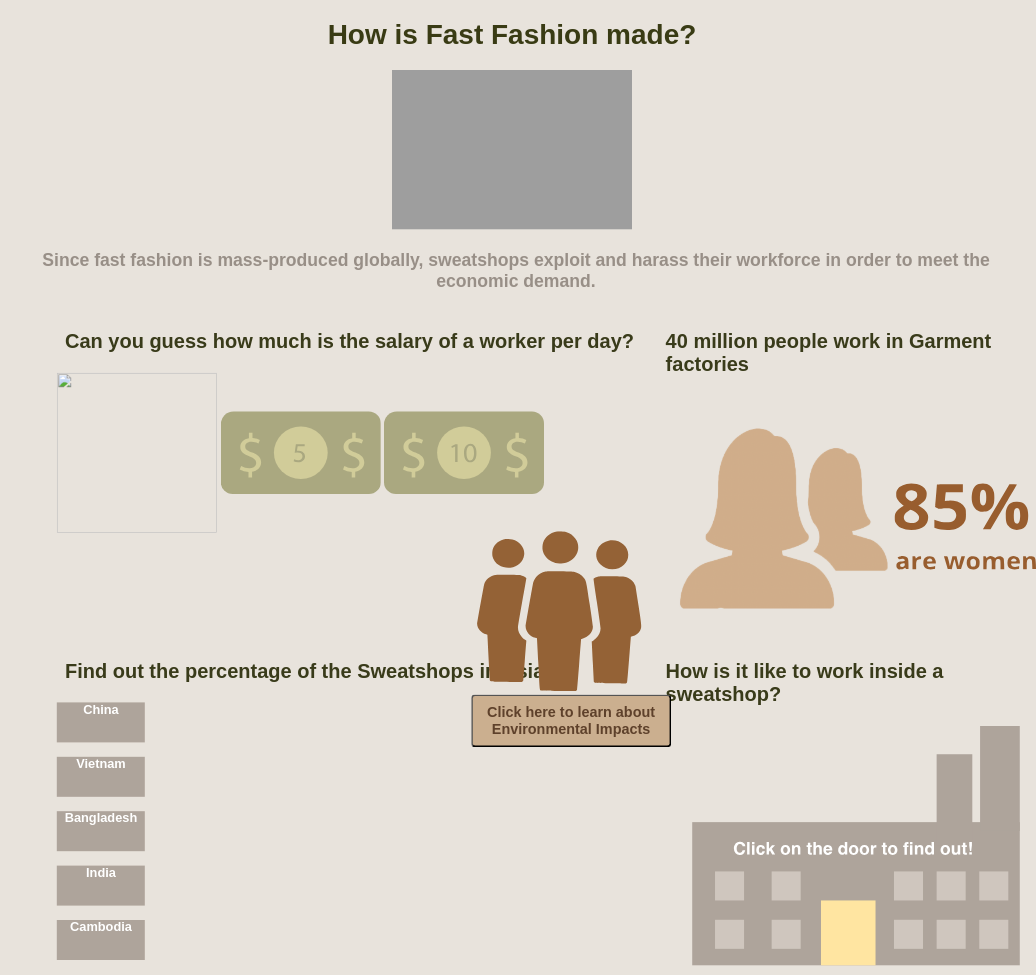
Repository: DevOfHockey/mdia-2190-midterm
Page: fashionlabor.html
An editor plug-in stored every save of this project. The page is shown before and after the next save, followed by the edit.
The browser window is 1280 px wide. The page is 1295 px wide, so the pictures cover 1295 px, including what lies to the right of the window. The pictures show the whole page, at 80% of full size.

Above is the page before, as saved 2022-03-08 20:49:56.

### fashionlabor.html
<!DOCTYPE html>
<html>
  <head>
    <title>Fashion Labor</title>
    <script src="comps/header.js"></script>
    <script src="comps/infobox.js"></script>
    <script src="comps/salarybox.js"></script>
    <script src="comps/sweatshopbox.js"></script>
    <script src="comps/womenbox.js"></script>
    <script src="comps/sweatshopgraph.js"></script>
    <script src="comps/laborphotoslider.js"></script>
    <link rel="stylesheet" href="fashionlabor.css">
  </head>
<!-- Header -->
  <body>
  <div class="main"></div>
    <div class="Headings">
      <the-header
        name="Sample Header">
      </the-header>
      <the-photoslider></the-photoslider>
      <p class="subheading">Since fast fashion is mass-produced globally, sweatshops exploit and harass their workforce in order to meet the economic demand.</p>
    </div>

<!-- Images with Info-->
    <div id="info">
      <div class="salary">
        <p>Can you guess how much is the salary of a worker per day?</p>
        <the-salary></the-salary>
      </div>

      <div class="asia">
        <p><span>40 million people</span> work in Garment factories</p>
        <the-women></the-women>
      </div>

      <div class="environment">
        <img src="/imgs/human.svg" class="human" width="220" height="200">
        <button>Click here to learn about Environmental Impacts</button>
      </div>

      <div class="people">
        <p>Find out the percentage of the Sweatshops in Asia</p>
        <the-graph></the-graph>
      </div>

      <div class="sweatshops">
        <p>How is it like to work inside a sweatshop?</p>
        <the-sweatshop></the-sweatshop>
      </div>
    </div>
  </div>

  </body>
</html>

### comps/header.js
var template_header = document.createElement("template"); //<template> </template> RULE

//To-do - CREATE THE UI HERE!
template_header.innerHTML = `
<div class = "header">
<h1> How is Fast Fashion made? </h1>
</div>
<style>
h1 {
    color: #393b14;
    font-size: 35px;
}
</style>
`;

//MUST HAVE - CREATE A CLASS WITH HTMLELEMENT POWERS (interfaces/functionalities)
class TheHeader extends HTMLElement {

    //MUST HAVE - CREATE A CONSTRUCTOR TO DO INITAL ASSOCIATIONS
    constructor(){
        super(); //pass on the HTMLElement super powers!
        this.attachShadow({mode:"open"}) //Attach it to the shadowRoot

        //To-do - CREATE THE STATES FOR THE UI HERE!
    }

    //MUST HAVE - FUNCTION THAT RUNS AFTER IT'S CONNECTED
    connectedCallback(){
        this.shadowRoot.appendChild(template_header.content.cloneNode(true)); //use the template to make a clone
    }

    //To-do - CREATE THE FUNCTIONALITIES HERE!
}

//MUST HAVE - define the tag for the custom elements
customElements.define("the-header", TheHeader)

### comps/infobox.js
//MUST HAVE - CREATE A TEMPLATE TAG
var template_info = document.createElement("template"); //<template> </template> RULE

//To-do - CREATE THE UI HERE!
template_info.innerHTML = `
<div id = "info_cont">
<h3>Info Title<h3>
<img id='image' src='/imgs/sweatshopsgraph.svg' />
</div>

<style>
h3 {
    font-size: 25px;
    font-weight: bold;
    color: #393B1A;
    text-align: left;
    margin-left: 30px;
}

#image {
    width: 400px;
    height: 300px;
}
`;

//MUST HAVE - CREATE A CLASS WITH HTMLELEMENT POWERS (interfaces/functionalities)
class TheInfo extends HTMLElement {

    //MUST HAVE - CREATE A CONSTRUCTOR TO DO INITAL ASSOCIATIONS
    constructor(){
        super(); //pass on the HTMLElement super powers!
        this.attachShadow({mode:"open"}) //Attach it to the shadowRoot

        //To-do - CREATE THE STATES FOR THE UI HERE!
    }

    //MUST HAVE - FUNCTION THAT RUNS AFTER IT'S CONNECTED
    connectedCallback(){
        this.shadowRoot.appendChild(template_info.content.cloneNode(true)); //use the template to make a clone
        //console.log(this.getAttribute("name"))
        if(this.getAttribute("name")){
        this.shadowRoot.querySelector("#info_cont > h3").innerText = this.getAttribute("name");
        }
        if(this.getAttribute("img")){
        this.shadowRoot.querySelector("img").src = this.getAttribute("img");
        }
    }

    //To-do - CREATE THE FUNCTIONALITIES HERE!
}

//MUST HAVE - define the tag for the custom elements
customElements.define("the-info", TheInfo)

### comps/salarybox.js
//MUST HAVE - CREATE A TEMPLATE TAG
var template_salary = document.createElement("template"); //<template> </template> RULE

//To-do - CREATE THE UI HERE!
template_salary.innerHTML = `
<style>
img {
    width: 200px;
    height: 200px;
}

img.twodollar:hover {
    filter: drop-shadow(5px 5px 5px #67664F);
}

img.fivedollar:hover {
    filter: drop-shadow(5px 5px 5px #67664F);
}

img.tendollar:hover {
    filter: drop-shadow(5px 5px 5px #67664F);
}

</style>

<div id="maincont">
    <div id="salarybox">
        <img class="twodollar" src="/imgs/2dollar.svg" onclick="myFunction()">
        <img class="fivedollar" src="/imgs/5dollar.svg">
        <img class="tendollar" src="/imgs/10dollar.svg">
    </div>
</div>
`;

//MUST HAVE - CREATE A CLASS WITH HTMLELEMENT POWERS (interfaces/functionalities)
class TheSalary extends HTMLElement {

    //MUST HAVE - CREATE A CONSTRUCTOR TO DO INITAL ASSOCIATIONS
    constructor(){
        super(); //pass on the HTMLElement super powers!
        this.attachShadow({mode:"open"}) //Attach it to the shadowRoot

        //To-do - CREATE THE STATES FOR THE UI HERE!
    }

    //MUST HAVE - FUNCTION THAT RUNS AFTER IT'S CONNECTED
    connectedCallback(){
        this.shadowRoot.appendChild(template_salary.content.cloneNode(true)); //use the template to make a clone
        this.shadowRoot.querySelector('#salarybox > img:nth-child(1)').onclick = () => this.showAnswerone();
        this.shadowRoot.querySelector('#salarybox > img:nth-child(2)').onclick = () => this.showAnswertwo();
        this.shadowRoot.querySelector('#salarybox > img:nth-child(3)').onclick = () => this.showAnswerthree();
    }

    //To-do - CREATE THE FUNCTIONALITIES HERE!
    showAnswerone(){
        this.shadowRoot.querySelector('#salarybox > img:nth-child(1)').src= '/imgs/correctanswer.svg';
    }
    showAnswertwo(){
        this.shadowRoot.querySelector('#salarybox > img:nth-child(2)').src= '/imgs/wronganswer.svg';
    }
    showAnswerthree(){
        this.shadowRoot.querySelector('#salarybox > img:nth-child(3)').src= '/imgs/wronganswer.svg';
    }
}

//MUST HAVE - define the tag for the custom elements
customElements.define("the-salary", TheSalary)

### comps/sweatshopbox.js
//1- CREATE A TEMPLATE TAG
var template_sweatshop = document.createElement("template"); //<template> </template> RULE

//2- CREATE UI HERE (optional)!
template_sweatshop.innerHTML = `
<style>
.factory {
    width: 450px;
    height: 300px;
    margin-left: 5%;
}

.factory:hover {
    filter: drop-shadow(2px 2px 2px #6A645F);
}

</style>

<div id="sweatshopimg">
    <img class="factory" src="/imgs/sweatshop.svg">
</div>
`;

//3- CREATE A CLASS WITH HTMLELEMENT POWERS (interfaces/functionalities)
class TheSweatshop extends HTMLElement {

    //4- CREATE A CONSTRUCTOR TO DO INITAL ASSOCIATIONS
    constructor(){
        super(); //pass on the HTMLElement super powers!
        this.attachShadow({mode:"open"}) //Attach it to the shadowRoot

        //5- CREATE THE STATES FOR THE UI HERE!
    }

    //6- FUNCTION THAT RUNS AFTER IT'S CONNECTED
    connectedCallback(){
        this.shadowRoot.appendChild(template_sweatshop.content.cloneNode(true)); //use the template to make a clone
        this.shadowRoot.querySelector('#sweatshopimg > img').onclick = () => this.showAnswer();
    }

    //7- CREATE THE FUNCTIONALITIES HERE!
    showAnswer(){
        this.shadowRoot.querySelector('#sweatshopimg > img').src= '/imgs/sweatshopanswer.svg';
    }
}

//8- define the tag for the custom elements
customElements.define("the-sweatshop", TheSweatshop)

### comps/womenbox.js
//1- CREATE A TEMPLATE TAG
var template_women = document.createElement("template"); //<template> </template> RULE

//2- CREATE UI HERE (optional)!
template_women.innerHTML = `
<style>
.women {
    width: 450px;
    height: 300px;
    margin-left: 5%;
}

.women:hover {
    filter: drop-shadow(2px 2px 2px #A8947D);
}
</style>

<div id="womenpercent">
    <img class="women" src="/imgs/women.svg">
</div>
`;

//3- CREATE A CLASS WITH HTMLELEMENT POWERS (interfaces/functionalities)
class TheWomen extends HTMLElement {

    //4- CREATE A CONSTRUCTOR TO DO INITAL ASSOCIATIONS
    constructor(){
        super(); //pass on the HTMLElement super powers!
        this.attachShadow({mode:"open"}) //Attach it to the shadowRoot

        //5- CREATE THE STATES FOR THE UI HERE!
    }

    //6- FUNCTION THAT RUNS AFTER IT'S CONNECTED
    connectedCallback(){
        this.shadowRoot.appendChild(template_women.content.cloneNode(true)); //use the template to make a clone
        this.shadowRoot.querySelector('#womenpercent > img').onclick = () => this.showAnswer();
    }

    //7- CREATE THE FUNCTIONALITIES HERE!
    showAnswer(){
        this.shadowRoot.querySelector('#womenpercent > img').src= '/imgs/womenfact.svg';
    }
}

//8- define the tag for the custom elements
customElements.define("the-women", TheWomen)

### comps/sweatshopgraph.js
//1- CREATE A TEMPLATE TAG
var template_graph = document.createElement("template"); //<template> </template> RULE

//2- CREATE UI HERE (optional)!
template_graph.innerHTML = `
<style>
div {
    width: 110px;
    height: 50px;
    background: #AEA49B;
    font-family: Sans-serif;
    font-weight: bold;
    color: white;
    text-align: center;
}
.China:hover {
    filter: drop-shadow(2px 2px 2px #6A645F);
}
.Vietnam:hover {
    filter: drop-shadow(2px 2px 2px #6A645F);
}
.Bangladesh:hover {
    filter: drop-shadow(2px 2px 2px #6A645F);
}
.India:hover {
    filter: drop-shadow(2px 2px 2px #6A645F);
}
.Cambodia:hover {
    filter: drop-shadow(2px 2px 2px #6A645F);
}
</style>

<div id="countries">
    <div class="China">China</div><br>
    <div class="Vietnam">Vietnam</div><br>
    <div class="Bangladesh">Bangladesh</div><br>
    <div class="India">India</div><br>
    <div class="Cambodia">Cambodia</div><br>
</div>

`;

//3- CREATE A CLASS WITH HTMLELEMENT POWERS (interfaces/functionalities)
class TheGraph extends HTMLElement {

    //4- CREATE A CONSTRUCTOR TO DO INITAL ASSOCIATIONS
    constructor(){
        super(); //pass on the HTMLElement super powers!
        this.attachShadow({mode:"open"}) //Attach it to the shadowRoot

        //5- CREATE THE STATES FOR THE UI HERE!
    }

    //6- FUNCTION THAT RUNS AFTER IT'S CONNECTED
    connectedCallback(){
        this.shadowRoot.appendChild(template_graph.content.cloneNode(true)); //use the template to make a clone
        this.shadowRoot.querySelector('.China').onclick = () => this.showChinagraph();
        this.shadowRoot.querySelector('.Vietnam').onclick = () => this.showVietnamgraph();
        this.shadowRoot.querySelector('.Bangladesh').onclick = () => this.showBangladeshgraph();
        this.shadowRoot.querySelector('.India').onclick = () => this.showIndiagraph();
        this.shadowRoot.querySelector('.Cambodia').onclick = () => this.showCambodiagraph();
    }

    //7- CREATE THE FUNCTIONALITIES HERE!
    showChinagraph(){
        this.shadowRoot.querySelector('.China').style.cssText= `
            transition: width 1s;
            transition-timing-function: linear;
            width: 400px;
            background: #74724E;
            font-size: 25px;
        `;
        this.shadowRoot.querySelector('.China').innerHTML= `
            China 42%
        `;
    }
    showVietnamgraph(){
        this.shadowRoot.querySelector('.Vietnam').style.cssText= `
            transition: width 1s;
            transition-timing-function: linear;
            width: 350px;
            background: #957F32;
            font-size: 25px;
        `;
        this.shadowRoot.querySelector('.Vietnam').innerHTML= `
            Vietnam 12%
        `;
    }
    showBangladeshgraph(){
        this.shadowRoot.querySelector('.Bangladesh').style.cssText= `
            transition: width 1s;
            transition-timing-function: linear;
            width: 300px;
            background: #C1BD69;
            font-size: 25px;
        `;
        this.shadowRoot.querySelector('.Bangladesh').innerHTML= `
            Bangladesh 7%
        `;
    }
    showIndiagraph(){
        this.shadowRoot.querySelector('.India').style.cssText= `
            transition: width 1s;
            transition-timing-function: linear;
            width: 250px;
            background: #B4B17E;
            font-size: 25px;
        `;
        this.shadowRoot.querySelector('.India').innerHTML= `
            India 5%
        `;
    }
    showCambodiagraph(){
        this.shadowRoot.querySelector('.Cambodia').style.cssText= `
            transition: width 1s;
            transition-timing-function: linear;
            width: 200px;
            background: #D0CD99;
            font-size: 25px;
        `;
        this.shadowRoot.querySelector('.Cambodia').innerHTML= `
            Cambodia 4%
        `;
    }

}

//8- define the tag for the custom elements
customElements.define("the-graph", TheGraph)

### comps/laborphotoslider.js
//1- CREATE A TEMPLATE TAG
var template_slider = document.createElement("template"); //<template> </template> RULE

//2- CREATE UI HERE (optional)!
template_slider.innerHTML = `
<style>
    img {
        justify-content:center;
        width: 300px;
        height: 200px;
    }
</style>

<div>
    <img src="/imgs/sweatshoptwo.jpeg"
</div>
`;

//3- CREATE A CLASS WITH HTMLELEMENT POWERS (interfaces/functionalities)
class ThePhotoSlider extends HTMLElement {

    //4- CREATE A CONSTRUCTOR TO DO INITAL ASSOCIATIONS
    constructor(){
        super(); //pass on the HTMLElement super powers!
        this.attachShadow({mode:"open"}) //Attach it to the shadowRoot

        //5- CREATE THE STATES FOR THE UI HERE!
    }

    //6- FUNCTION THAT RUNS AFTER IT'S CONNECTED
    connectedCallback(){
        this.shadowRoot.appendChild(template_slider.content.cloneNode(true)); //use the template to make a clone
    }

    //7- CREATE THE FUNCTIONALITIES HERE!

}

//8- define the tag for the custom elements
customElements.define("the-photoslider", ThePhotoSlider)

### fashionlabor.css
body {
    background-color: #e8e3dc;
    font-family: Arial, Helvetica, sans-serif;
}
.Headings {
    text-align: center;
    font-family: Arial, Helvetica, sans-serif;
}
p.subheading {
    text-align: center;
    font-family: Arial, Helvetica, sans-serif;
    color: #988F87;
    font-size: 22px;
}
#info {
    display: grid;
    grid-template-columns: 2fr 1fr;
    margin-left: 5%;
}
button {
    display:flex;
    align-self: center;
    background-color: #CBAF8F;
    color: #5E412B;
    text-align: center;
    padding: 10px;
    text-decoration: none;
    font-family: Arial, Helvetica, sans-serif;
    font-size: 18px;
    font-weight: bold;
    border-radius: 5px;
    width: 250px;
}
.environment {
    align-self: center;
    position: absolute;
    left: 46%;
}
p {
    font-size: 25px;
    font-weight: bold;
    color: #393B1A;
    text-align: left;
    margin-left: 10px;
}

### imgs/2dollar.svg
<svg id="Layer_2" data-name="Layer 2" xmlns="http://www.w3.org/2001/svg" viewBox="0 0 141.25 78.75"><defs><style>.cls-1,.cls-4{fill:#aaa880;}.cls-2,.cls-3{fill:#d0cd99;}.cls-3{font-size:48px;}.cls-3,.cls-4{font-family:OpenSans, Open Sans;}.cls-4{font-size:25.95px;}</style></defs><rect class="cls-1" width="141.25" height="78.75" rx="7.38"/><ellipse class="cls-2" cx="71.86" cy="40.05" rx="24.28" ry="23.6"/><text class="cls-3" transform="translate(12.5 57.56)">$</text><text class="cls-3" transform="translate(102.29 58.12)">$</text><text class="cls-4" transform="translate(63.89 49.4) scale(1.1 1)">2</text></svg>

After the next save:
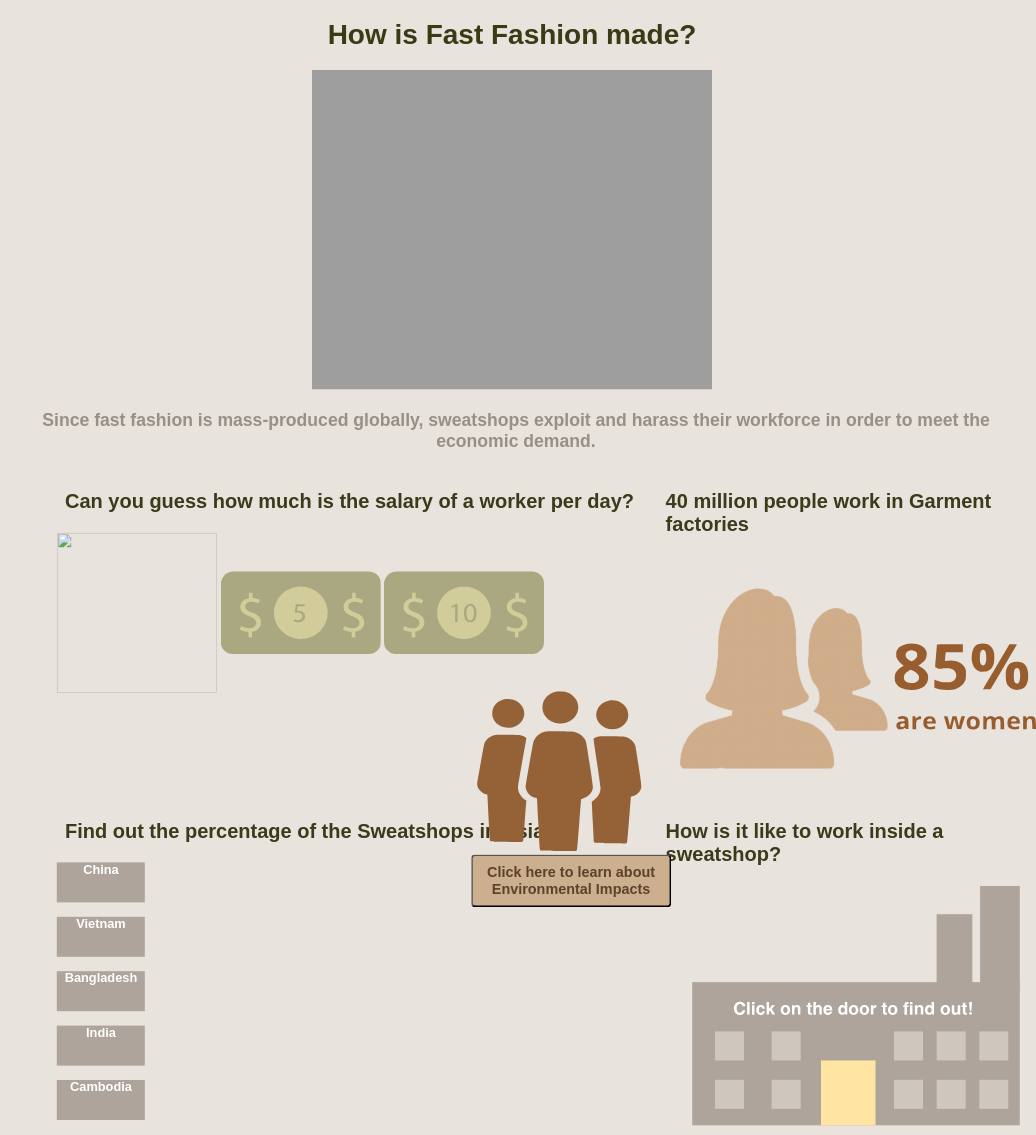
Saved 22 s later.
--- a/comps/laborphotoslider.js
+++ b/comps/laborphotoslider.js
@@ -6,8 +6,8 @@ template_slider.innerHTML = `
 <style>
     img {
         justify-content:center;
-        width: 300px;
-        height: 200px;
+        width: 500px;
+        height: 400px;
     }
 </style>
 
